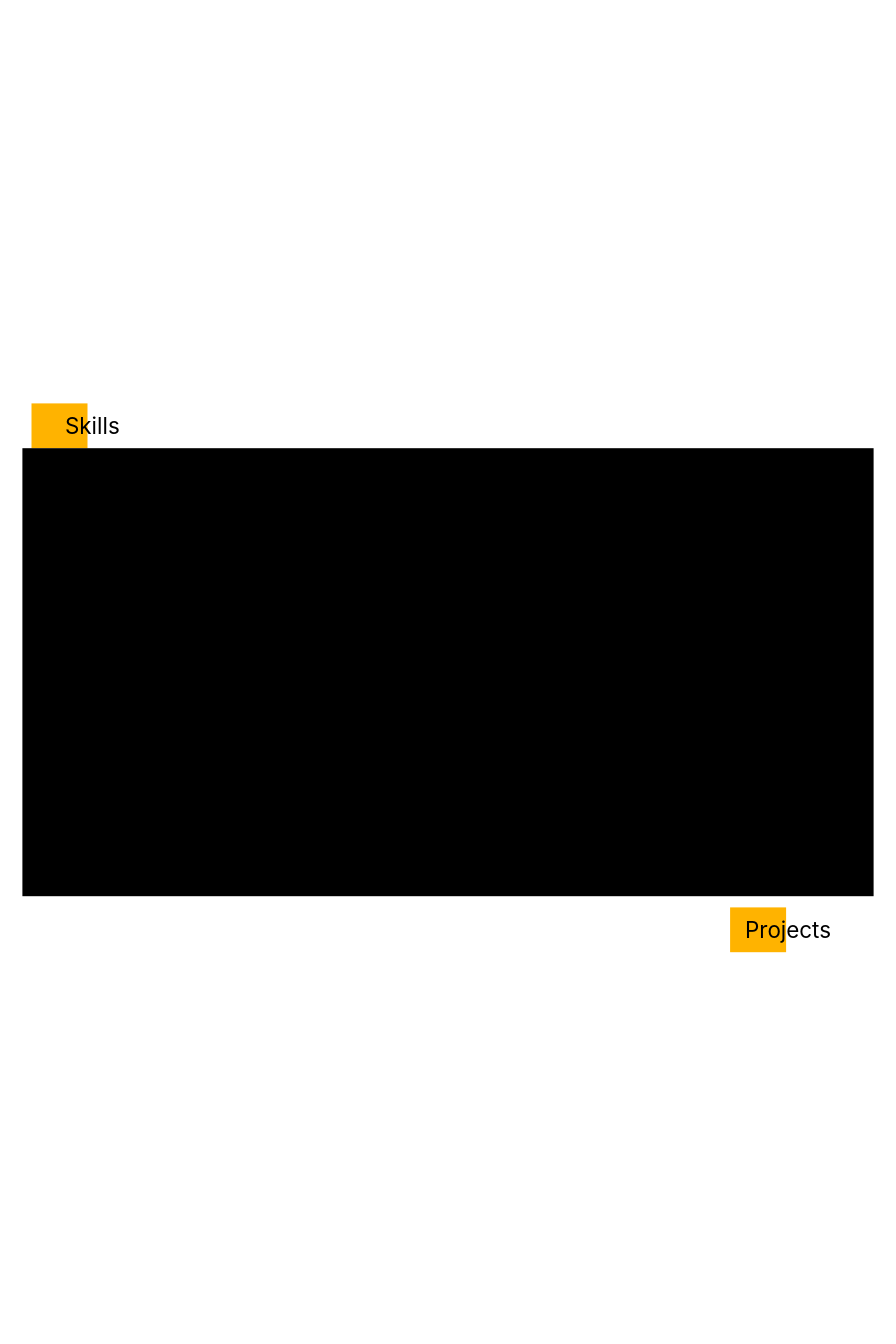
Repository: SebastianArmata22/Portfolio
Page: /
These files come from the project's save history. The page is drawn as it stood at one moment and after the next save; the edit follows.
The browser window is 1280 px wide. The pictures show the part of the page from y = 895 to 2815 px (the page is 3664 px tall), at 70% of full size.
The project was rebuilt for these pictures with package versions that can differ from the ones it lists, and the page was loaded fresh each time.

Above is the page before, as saved 2021-02-24 17:15:14.

### public/index.html
<!DOCTYPE html>
<html lang="en">
  <head>
    <meta charset="utf-8" />
    <link rel="icon" href="%PUBLIC_URL%/favicon.ico" />
    <meta name="viewport" content="width=device-width, initial-scale=1" />
    <meta name="theme-color" content="#000000" />
    <meta
      name="description"
      content="Web site created using create-react-app"
    />
    <link rel="apple-touch-icon" href="%PUBLIC_URL%/logo192.png" />
    <!--
      manifest.json provides metadata used when your web app is installed on a
      user's mobile device or desktop. See https://developers.google.com/web/fundamentals/web-app-manifest/
    -->
    <link rel="manifest" href="%PUBLIC_URL%/manifest.json" />
    <!--
      Notice the use of %PUBLIC_URL% in the tags above.
      It will be replaced with the URL of the `public` folder during the build.
      Only files inside the `public` folder can be referenced from the HTML.

      Unlike "/favicon.ico" or "favicon.ico", "%PUBLIC_URL%/favicon.ico" will
      work correctly both with client-side routing and a non-root public URL.
      Learn how to configure a non-root public URL by running `npm run build`.
    -->
    <title>Sebastian Armata</title>
  </head>
  <body>
    <noscript>You need to enable JavaScript to run this app.</noscript>
    <div id="root"></div>
    <!--
      This HTML file is a template.
      If you open it directly in the browser, you will see an empty page.

      You can add webfonts, meta tags, or analytics to this file.
      The build step will place the bundled scripts into the <body> tag.

      To begin the development, run `npm start` or `yarn start`.
      To create a production bundle, use `npm run build` or `yarn build`.
    -->
  </body>
</html>

### src/App.js
import './App.css'
//components
import Header from './components/header/Header'
import MainPage from './components/mainPage/MainPage'
import Skills from './components/skills/Skills'
import AboutMe from './components/aboutMe/AboutMe'
import Contact from './components/contact/Contact'
import Footer from './components/footer/Footer'
import Projects from './components/projects/Projects'

function App() {
  return (
    <div className="App">
      <header>
        <Header />
      </header>
      <main>
        <MainPage />
        <AboutMe />
        <Skills />
        <Projects />
        <Contact />
      </main>
      <footer>
        <Footer />
      </footer>
    </div>
  );
}

export default App;

### src/App.css
html, body,*{
    margin: 0;
    padding: 0;

}
*{
    box-sizing: border-box;
}

### src/components/header/Header.js
import classes from './header.module.scss'
import React from 'react'
import logo from '../../icons/logo_armata.svg'

const Header = ()=>{
    return(
        <div className={classes.header}>
            <img src={logo} alt="logo"></img>
            <ul>
                <li>About me</li>
                <li>Skills</li>
                <li>Projects</li>
                <li>Contact</li>
            </ul>
        </div>
    )
}
export default Header

### src/components/mainPage/MainPage.js
import classes from './mainPage.module.scss'
import React from 'react'

const MainPage = ()=>{
    return(
        <div className={classes.main_page_container}>
            <div>
                <p><span>Hello,</span></p>
                <p>I'm Sebastian Armata</p>
                <p>A Frontend <span>Developer</span></p>
            </div>
            <div></div>
        </div>
    )
}
export default MainPage

### src/components/skills/Skills.js
import classes from './skills.module.scss'
import React from 'react'

const Skills = ()=>{
    return(
        <div className={classes.skills}>
            <header>
                <p>Skills</p>
            </header>
            <main>
                <div></div>
                <div></div>
            </main>
        </div>
    )
}
export default Skills

### src/components/aboutMe/AboutMe.js
import classes from './aboutme.module.scss'
import React from 'react'

const AboutMe = ()=>{
    return(
        <div className={classes.aboutMe}>
            <header>
                <p>About me</p>
            </header>
        </div>
    )
}
export default AboutMe

### src/components/contact/Contact.js
import classes from './contact.module.scss'
import React from 'react'

const Contact = ()=>{
    return(
        <div className={classes.contact}>
        <header>
            <p>Contact</p>
        </header>
    </div>
    )
}
export default Contact

### src/components/footer/Footer.js
import classes from './footer.module.scss'
import React from 'react'

const Footer = ()=>{
    return(
        <div className={classes.footer}>
            <p>Sebastian Armata </p>
        </div>
        )
}
export default Footer

### src/components/projects/Projects.js
import classes from './projects.module.scss'
import React from 'react'

const Projects = ()=>{
    return(
        <div className={classes.projects}>
            <header>
                <p>Projects</p>
            </header>
        </div>
    )
}
export default Projects

### src/components/header/header.module.scss
@import '../../variables.scss';

.header{
    height: 5rem;
    width: 100%;
    background-color: $third-main-color;
    display: flex;
    align-items: center;
    justify-content: space-between;
    padding: 1rem;
    img{
        padding: 0 2rem;
        height: 50px;
    }
    ul{
        display: flex;
        align-items: center;
        justify-content: space-between;
        width: 50%;
        li{
            list-style: none;
            text-align: center;
            color: $second-main-color;
            width: 10rem;
            font-size: 1rem;
            cursor: pointer;
            &:hover{
                color: $first-main-color;
            }
        }
    }
}

### src/components/mainPage/mainPage.module.scss
@import '../../variables.scss';

.main_page_container{
    height: calc(100vh - 5rem);
    width: 100%;
    background-color: $third-main-color;
    @include flex-container;
    padding: 3rem;
    div{
        width: 50%;
        height: 100%;
        display: flex;
        justify-content: center;
        flex-direction: column;
    }
    p{
        color: $second-main-color;
        font-size: 2rem;
        span{
            color: $first-main-color;
            font-size: 3rem;
        }
    }
}

### src/components/skills/skills.module.scss
@import '../../variables.scss';
.skills{
    width: 100%;
    height: 100vh;
    padding: 2rem;
    header{
        @include flex-container;
        p{
            position: relative;
            font-size: 2rem;
            height: 4rem;
            width: 90%;
            display: flex;
            align-items: center;
            &::after{
                display: block;
                content: "";
                    width: 5rem;
                    height: 100%;
                    z-index: -1;
                    position: absolute;
                    top:0;
                    left: -3rem;
                    background-color: $first-main-color;
            }
        }
    }
    main{
        display: flex;
        div{
            width: 50%;
            height: calc(100vh - 5rem);
            background-color: $third-main-color;
        }
    }
}

### src/components/aboutMe/aboutme.module.scss
@import '../../variables.scss';

.aboutMe{
    width: 100%;
    height: 100vh;
    padding: 2rem;
    header{
        @include flex-container;
        p{
            position: relative;
            font-size: 2rem;
            height: 4rem;
            width: 90%;
            display: flex;
            align-items: center;
            justify-content: flex-end;
            &::after{
                display: block;
                content: "";
                    width: 5rem;
                    height: 100%;
                    z-index: -1;
                    position: absolute;
                    top:0;
                    right: -2rem;
                    background-color: $first-main-color;
            }
        }
    }
}

### src/components/contact/contact.module.scss
@import '../../variables.scss';
.contact{
    width: 100%;
    height: 100vh;
    padding: 2rem;
    header{
        @include flex-container;
        p{
            position: relative;
            font-size: 2rem;
            height: 4rem;
            width: 90%;
            display: flex;
            align-items: center;
            &::after{
                display: block;
                content: "";
                    width: 5rem;
                    height: 100%;
                    z-index: -1;
                    position: absolute;
                    top:0;
                    left: 4rem;
                    background-color: $first-main-color;
            }
        }
    }
}

### src/components/footer/footer.module.scss
@import '../../variables.scss';
.footer{
    height: 4rem;
    background-color: $first-main-color;
    @include flex-container;
    color: $second-main-color;
    font-size: 1.25rem;
}

### src/components/projects/projects.module.scss
@import '../../variables.scss';
.projects{
    width: 100%;
    height: 100vh;
    padding: 2rem;
    header{
        @include flex-container;
        p{
            position: relative;
            font-size: 2rem;
            height: 4rem;
            width: 90%;
            display: flex;
            align-items: center;
            justify-content: flex-end;
            &::after{
                display: block;
                content: "";
                    width: 5rem;
                    height: 100%;
                    z-index: -1;
                    position: absolute;
                    top:0;
                    right: 4rem;
                    background-color: $first-main-color;
            }
        }
    }
}

### src/variables.scss
$first-main-color: #FFB300;
$second-main-color: #fff;
$third-main-color:#000;
@mixin flex-container {
    display: flex;
    align-items: center;
    justify-content: center;
}

Loaded but not shown: src/index.js (common file); src/index.css (common file); src/reportWebVitals.js (common file)

After the next save:
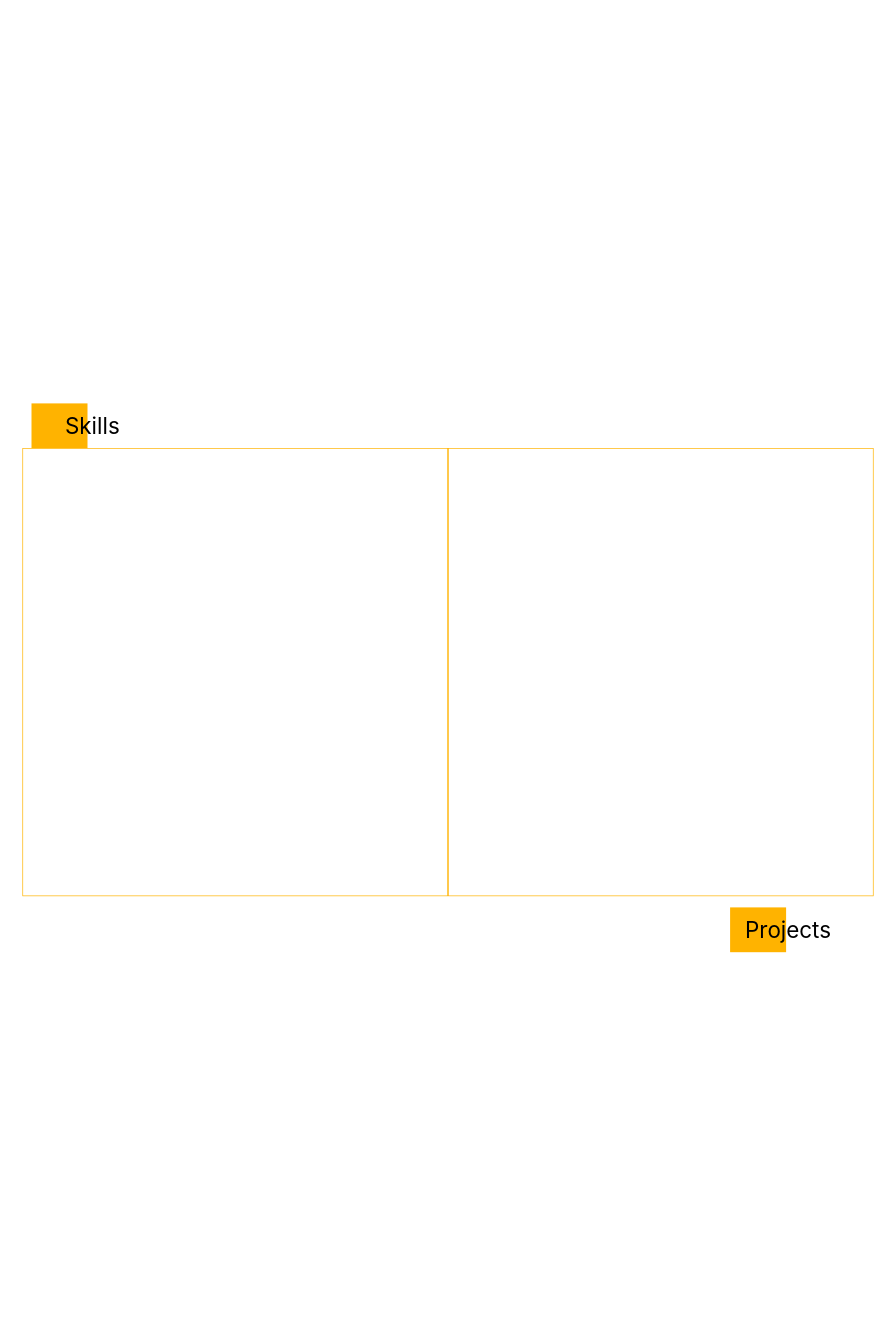
Saved 26 s later.
--- a/src/components/skills/skills.module.scss
+++ b/src/components/skills/skills.module.scss
@@ -30,7 +30,7 @@
         div{
             width: 50%;
             height: calc(100vh - 5rem);
-            background-color: $third-main-color;
+            border: 1px solid $first-main-color;
         }
     }
 }
